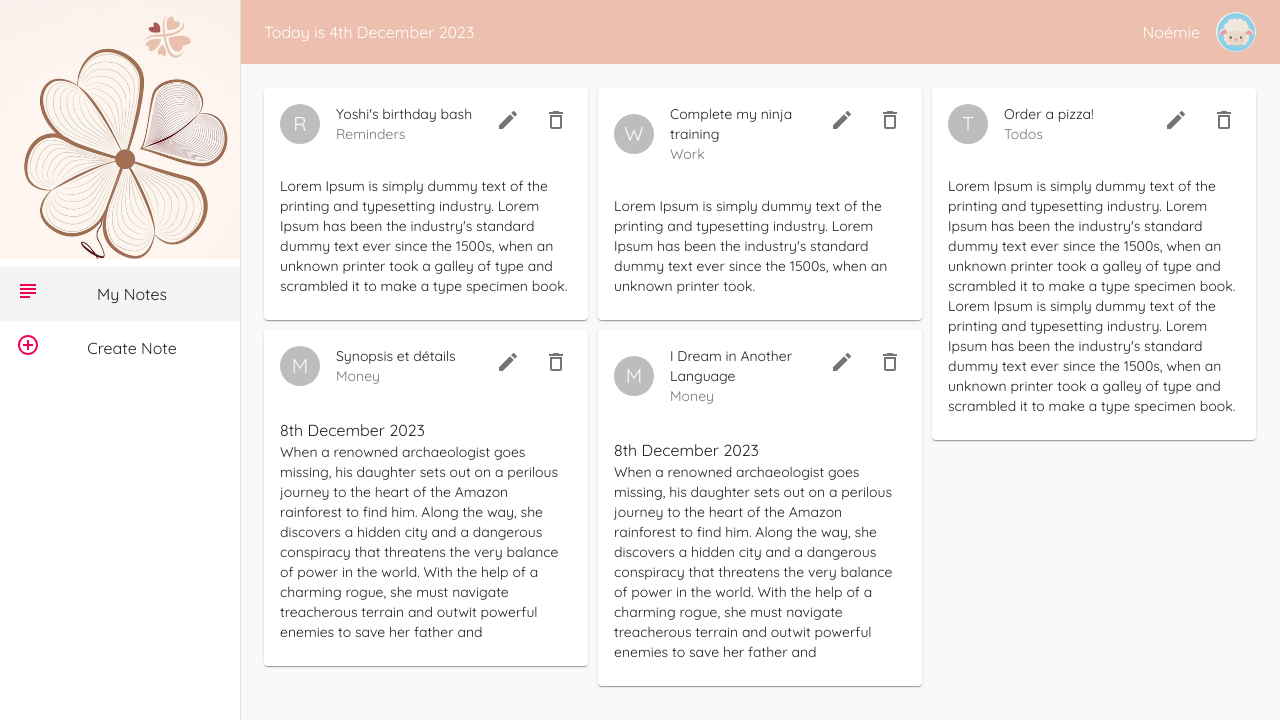
Repository: noemiepham/noemieblognote
Page: /
These files come from the project's save history. The page is drawn as it stood at one moment and after the next save; the edit follows.
The browser window is 1280 px wide. The pictures show the whole page.
The project was rebuilt for these pictures with package versions that can differ from the ones it lists, and the page was loaded fresh each time. Requests to the local data server were answered from the project's data file. Also part of the build but not shown: src/pages/Create.js.

Above is the page before, as saved 2023-12-08 16:03:09.

### public/index.html
<!DOCTYPE html>
<html lang="en">

<head>
  <meta charset="utf-8" />
  <meta name="viewport" content="width=device-width, initial-scale=1" />
  <meta name="theme-color" content="#000000" />
  <meta name="description" content="Web site created using create-react-app" />

  <link rel="stylesheet" href="https://fonts.googleapis.com/css?family=Roboto:300,400,500,700&display=swap" />
  <title>Material UI</title>
</head>

<body>
  <noscript>You need to enable JavaScript to run this app.</noscript>
  <div id="root"></div>
  <!--
      This HTML file is a template.
      If you open it directly in the browser, you will see an empty page.

      You can add webfonts, meta tags, or analytics to this file.
      The build step will place the bundled scripts into the <body> tag.

      To begin the development, run `npm start` or `yarn start`.
      To create a production bundle, use `npm run build` or `yarn build`.
    -->
</body>

</html>

### src/index.css
@import url('https://fonts.googleapis.com/css2?family=Open+Sans:ital,wght@0,400;1,300&family=Quicksand&display=swap');


body {
     margin: 0;
     -webkit-font-smoothing: antialiased;
     -moz-osx-font-smoothing: grayscale;
     background: #f9f9f9;
}

.my-masonry-grid {
     display: -webkit-box;
     /* Not needed if autoprefixing */
     display: -ms-flexbox;
     /* Not needed if autoprefixing */
     display: flex;
     margin-left: -20px;
     /* gutter size offset */
     width: auto;
}

.my-masonry-grid_column {
     padding-left: 20px;
     /* gutter size */
     background-clip: padding-box;
}

.my-masonry-grid_column>div {
     /* change div to reference your elements you put in <Masonry> */
     margin-bottom: 30px;
}

img {
     width: 100%;
     height: 100%;
     object-fit: cover;
}

header.MuiPaper-root.MuiAppBar-root.MuiAppBar-positionFixed.MuiAppBar-colorPrimary.makeStyles-appbar-7.mui-fixed.MuiPaper-elevation0 {
     background-color: #ecbfae;
}

### src/App.js
import React from "react";
import { BrowserRouter, Routes, Route } from "react-router-dom";
import Notes from "./pages/Notes";
import Create from "./pages/Create";
import { createTheme, ThemeProvider } from "@material-ui/core";
import Layout from "./pages/Layout";
const theme = createTheme({
  typography: {
    fontFamily: "Quicksand",
    fontWeightLight: 400,
  },
});

function App() {
  return (
    <ThemeProvider theme={theme}>
      <BrowserRouter>
        <Routes>
          <Route path="/" element={<Layout />}>
            <Route path="" element={<Notes />} />
            <Route path="create" element={<Create />} />
            <Route path="edit/:id" element={<Create />} />
          </Route>
        </Routes>
      </BrowserRouter>
    </ThemeProvider>
  );
}

export default App;

### src/pages/Notes.js
import { useEffect, useState } from "react";
import NoteCard from "../components/NoteCard";
import Masonry, { ResponsiveMasonry } from "react-responsive-masonry";
import { useNavigate } from "react-router-dom";

const Notes = () => {
  const [notes, setNotes] = useState([]);
  const navigate = useNavigate();

  useEffect(() => {
    fetch("http://localhost:8000/notes")
      .then((res) => res.json())
      .then((data) => setNotes(data));
  }, []);

  const handleDelete = async (id) => {
    await fetch("http://localhost:8000/notes/" + id, {
      method: "DELETE",
    });

    const newNotes = notes.filter((note) => note.id !== id);

    setNotes(newNotes);
  };
  const handleEdit = (note) => {
    navigate("/edit/" + note);
  };
  return (
    <ResponsiveMasonry columnsCountBreakPoints={{ 350: 1, 750: 2, 900: 3 }}>
      <Masonry columnsCount={3} gutter="10px">
        {notes.map((note) =>
          note ? (
            <NoteCard
              note={note}
              handleDelete={handleDelete}
              handleEdit={handleEdit}
              spacing={3}
            />
          ) : (
            ""
          )
        )}
      </Masonry>
    </ResponsiveMasonry>
  );
};

export default Notes;

### src/pages/Layout.js
import { Outlet, useLocation, useNavigate } from "react-router-dom";
import { Avatar, Drawer, Typography, makeStyles } from "@material-ui/core";
import List from "@material-ui/core/List";
import ListItem from "@material-ui/core/ListItem";
import ListItemText from "@material-ui/core/ListItemText";
import { AddCircleOutline, SubjectOutlined } from "@material-ui/icons";
import { AppBar, Toolbar } from "@material-ui/core";
import format from "date-fns/format/index";

const drawerWidth = 240;
const useStyles = makeStyles((theme) => {
  return {
    page: {
      background: "#f9f9f9",
      width: "100%",
      padding: theme.spacing(3),
    },
    drawer: {
      width: drawerWidth,
    },
    drawerPaper: {
      width: drawerWidth,
    },
    root: {
      display: "flex",
    },
    active: {
      background: "#f4f4f4",
    },
    title: {
      padding: theme.spacing(3),
    },
    appbar: {
      width: `calc(100% - ${drawerWidth}px)`,
    },
    toolbar: theme.mixins.toolbar,
    date: {
      flexGrow: 1,
    },
    avatar: {
      marginLeft: theme.spacing(2),
    },
  };
});

function Layout() {
  const navigate = useNavigate();
  const location = useLocation();
  const classes = useStyles();
  const menuItems = [
    {
      text: "My Notes",
      icon: <SubjectOutlined color="secondary" />,
      path: "/",
    },
    {
      text: "Create Note",
      icon: <AddCircleOutline color="secondary" />,
      path: "/create",
    },
  ];

  return (
    <div className={classes.root}>
      {/*  App bar */}
      <AppBar className={classes.appbar} elevation={0}>
        <Toolbar>
          <Typography className={classes.date}>
            Today is {format(new Date(), "do MMMM Y")}
          </Typography>
          <Typography>Noémie</Typography>
          <Avatar src="sheep.png" className={classes.avatar} />
        </Toolbar>
      </AppBar>
      {/* side drawer */}
      <Drawer
        className={classes.drawer}
        variant="permanent"
        anchor="left"
        classes={{ paper: classes.drawerPaper }}
      >
        <div>
          <img alt="Remy Sharp" src="logoBlog.jpg" />
        </div>
        <List>
          {menuItems.map((item) => (
            <ListItem
              key={item.text}
              button
              onClick={() => navigate(item.path)}
              className={
                location.pathname === item.path ? classes.active : null
              }
            >
              <ListItemText>{item.icon}</ListItemText>
              <ListItemText primary={item.text} />
            </ListItem>
          ))}
        </List>
      </Drawer>
      <div className={classes.page}>
        <div className={classes.toolbar}></div>
        <Outlet />
      </div>
    </div>
  );
}

export default Layout;

### src/components/NoteCard.js
import {
  Avatar,
  Card,
  CardContent,
  CardHeader,
  Typography,
  makeStyles,
} from "@material-ui/core";
import { IconButton } from "@material-ui/core";
import { yellow, green, pink, blue } from "@material-ui/core/colors";
import { DeleteOutline } from "@material-ui/icons";
import EditIcon from "@material-ui/icons/Edit";

const useStyles = makeStyles({
  avatar: {
    backgroundColor: (note) => {
      console.log(note.category);
      if (note.category === "Work") {
        return yellow[700];
      }
      if (note.category === "Money") {
        return green[500];
      }
      if (note.category === "Todos") {
        return pink[500];
      } else {
        return blue[500];
      }
    },
  },
  style: {
    margin: 20,
    color: "#a17056",
  },
});

function NoteCard({ note, handleDelete, handleEdit }) {
  const classes = useStyles(note);
  console.log("sfsqdfdsf", note);
  return (
    <div >
      <Card elevation={1} className={classes.test}>
        <CardHeader
          avatar={
            <Avatar className={classes.avatar}>
              {note.category[0]?.toUpperCase()}
            </Avatar>
          }
          action={
            <div>
              <IconButton onClick={() => handleEdit(note?.id)}>
                <EditIcon />
              </IconButton>
              <IconButton onClick={() => handleDelete(note?.id)}>
                <DeleteOutline />
              </IconButton>
            </div>
          }
          title={note?.title}
          subheader={note?.category}
        />
        <CardContent>
          <Typography>{note?.currentDate}</Typography>
          <Typography variant="body2">{note?.details}</Typography>
        </CardContent>
      </Card>
    </div>
  );
}

export default NoteCard;

### db.json
{
  "notes": [{
      "title": "Yoshi's birthday bash",
      "details": "Lorem Ipsum is simply dummy text of the printing and typesetting industry. Lorem Ipsum has been the industry's standard dummy text ever since the 1500s, when an unknown printer took a galley of type and scrambled it to make a type specimen book.",
      "category": "Reminders",
      "id": 1
    },
    {
      "title": "Complete my ninja training",
      "details": "Lorem Ipsum is simply dummy text of the printing and typesetting industry. Lorem Ipsum has been the industry's standard dummy text ever since the 1500s, when an unknown printer took.",
      "category": "Work",
      "id": 2
    },
    {
      "title": "Order a pizza!",
      "details": "Lorem Ipsum is simply dummy text of the printing and typesetting industry. Lorem Ipsum has been the industry's standard dummy text ever since the 1500s, when an unknown printer took a galley of type and scrambled it to make a type specimen book.\nLorem Ipsum is simply dummy text of the printing and typesetting industry. Lorem Ipsum has been the industry's standard dummy text ever since the 1500s, when an unknown printer took a galley of type and scrambled it to make a type specimen book.",
      "category": "Todos",
      "id": 3
    },
    {
      "title": "Synopsis et détails",
      "details": "When a renowned archaeologist goes missing, his daughter sets out on a perilous journey to the heart of the Amazon rainforest to find him. Along the way, she discovers a hidden city and a dangerous conspiracy that threatens the very balance of power in the world. With the help of a charming rogue, she must navigate treacherous terrain and outwit powerful enemies to save her father and",
      "category": "Money",
      "currentDate": "8th December 2023",
      "id": 12
    },
    {
      "title": "I Dream in Another Language",
      "details": "When a renowned archaeologist goes missing, his daughter sets out on a perilous journey to the heart of the Amazon rainforest to find him. Along the way, she discovers a hidden city and a dangerous conspiracy that threatens the very balance of power in the world. With the help of a charming rogue, she must navigate treacherous terrain and outwit powerful enemies to save her father and",
      "category": "Money",
      "currentDate": "8th December 2023",
      "id": 13
    }
  ]
}

Loaded but not shown: src/index.js (common file)

After the next save:
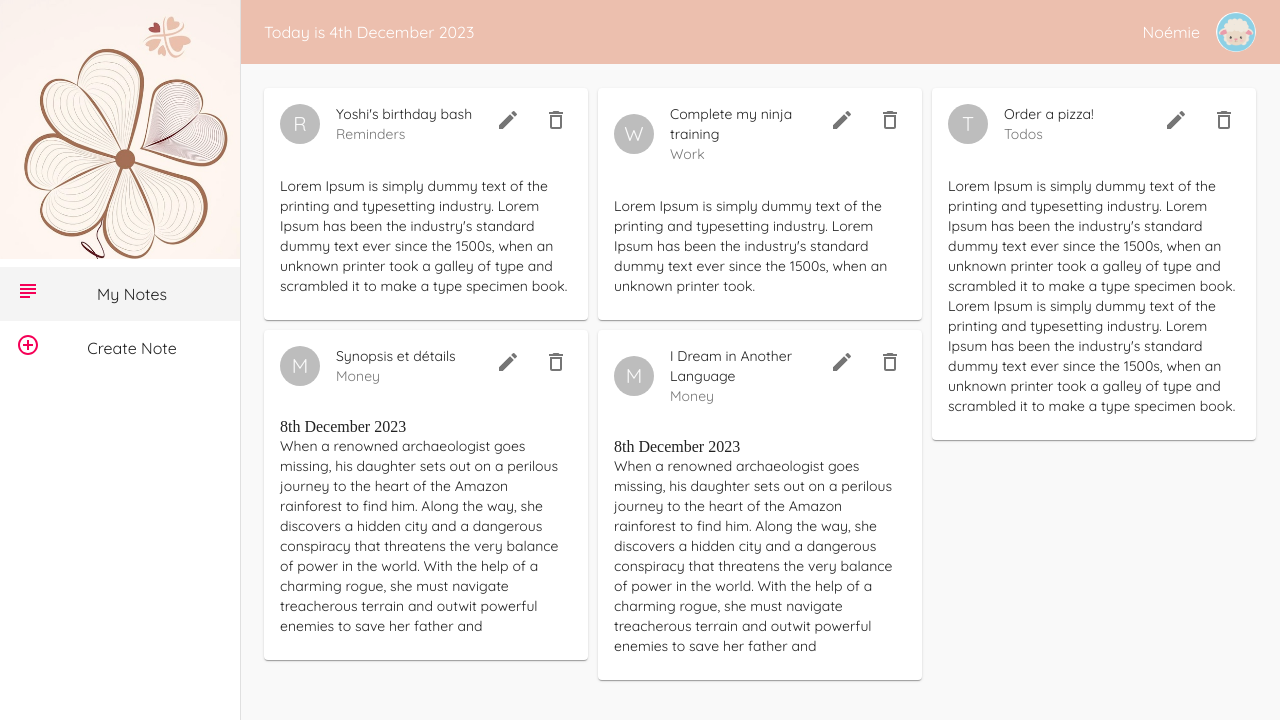
Saved 3 min 13 s later.
--- a/src/components/NoteCard.js
+++ b/src/components/NoteCard.js
@@ -32,13 +32,16 @@
     margin: 20,
     color: "#a17056",
   },
+  date: {
+    color: "#a17056",
+  },
 });
 
 function NoteCard({ note, handleDelete, handleEdit }) {
   const classes = useStyles(note);
   console.log("sfsqdfdsf", note);
   return (
-    <div >
+    <div>
       <Card elevation={1} className={classes.test}>
         <CardHeader
           avatar={
@@ -60,7 +63,7 @@
           subheader={note?.category}
         />
         <CardContent>
-          <Typography>{note?.currentDate}</Typography>
+          <Typography variant="date">{note?.currentDate}</Typography>
           <Typography variant="body2">{note?.details}</Typography>
         </CardContent>
       </Card>

After the save that followed:
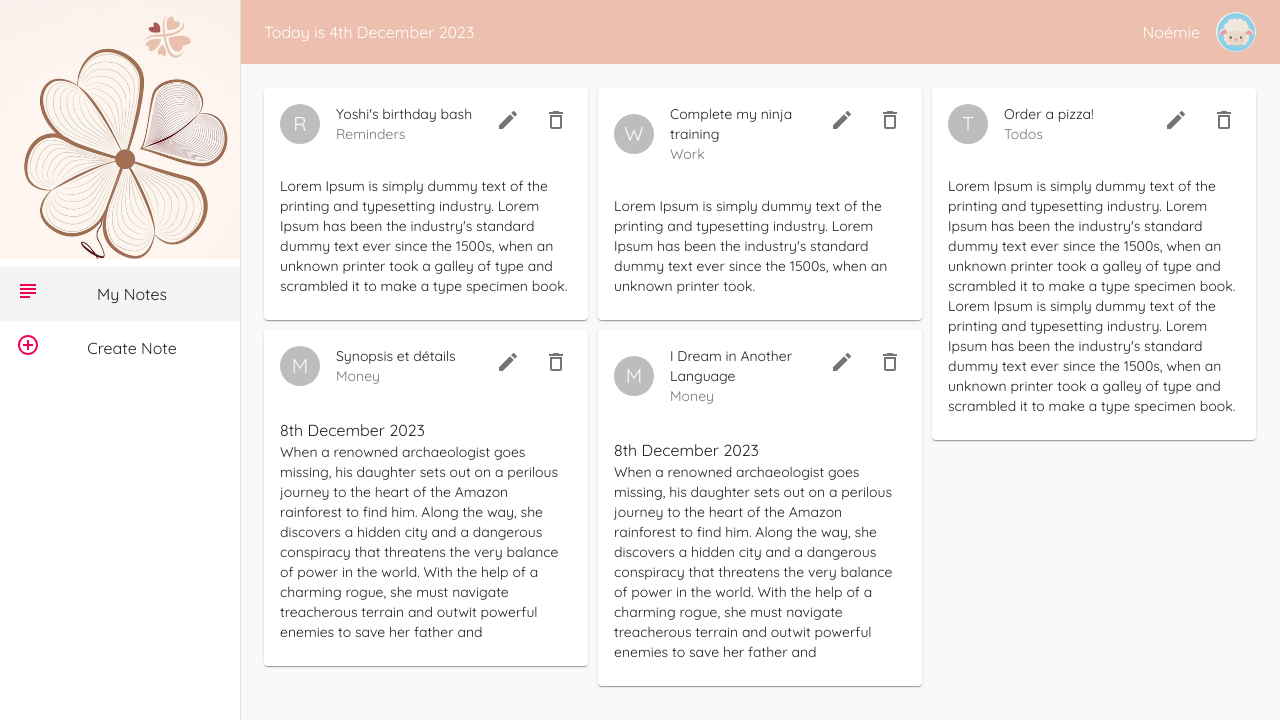
Saved 31 s later.
--- a/src/components/NoteCard.js
+++ b/src/components/NoteCard.js
@@ -63,7 +63,7 @@
           subheader={note?.category}
         />
         <CardContent>
-          <Typography variant="date">{note?.currentDate}</Typography>
+          <Typography>{note?.currentDate}</Typography>
           <Typography variant="body2">{note?.details}</Typography>
         </CardContent>
       </Card>
